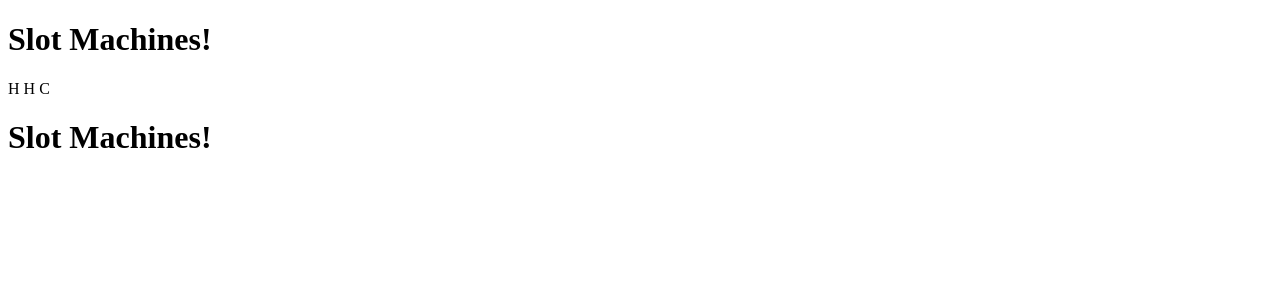
Repository: randy918/colt-react
Page: index.html
These files come from the project's save history. The page is drawn as it stood at one moment and after a run of saves; the edit follows.
The browser window is 1280 px wide. The pictures show the whole page.

Above is the page before, as saved 2023-01-30 20:30:44.

### index.html
<!DOCTYPE html>
<html lang="en">

    <head>
        <meta charset="UTF-8">
        <meta http-equiv="X-UA-Compatible" content="IE=edge">
        <meta name="viewport" content="width=device-width, initial-scale=1.0">
        <!-- <link rel="style = stylesheet" href="css/main.css"> -->
        <title>JSX Demo</title>
    </head>

    <body>

        <div id="root"></div> <!-- where component goes-->

        <script src="https://unpkg.com/react/umd/react.development.js"></script>

        <script src="https://unpkg.com/react-dom/umd/react-dom.development.js"></script>

        <script src="https://unpkg.com/babel-standalone"></script>

        <script src="myfunctions.js"></script>
        <script src="SlotMachine.js" type="text/jsx"></script>
        <script src="index.js" type="text/jsx"></script>













    </body>

</html>

### myfunctions.js
//todo   function a(toAlert)
//todo   function c(toConsole)
//todo   function cr(toConsole)
//todo   function r(min, max)  Random integers, can be just 'max'
//todo   function getTime()--works! it is 72519.1414 format
//todo   function getCompleteDate()
//todo   function getMinute()
//todo   function getHour()
//todo   function getHour00()
//todo   function get24Hour()
//todo   function get24Hour00()
//todo   function getDay()
//todo   function getDay00()
//todo   function getMonth()
//todo   function getMonth00()
//todo   function getYear()
//todo   function getYear00()
//todo   function t()    eternal timestamp long number
//todo   function placeText(myIdClass, text)   unsure if it works?
//todo   function placeText2(myIdClass, text)   unsure if it works?
//todo   function getText(myIdClass)....brings whole line incl. tags
//todo   function getInnerText(myIdClass)
//todo   function getOuterText(myIdClass)
//todo   function addClass(myIdClass, newClass)
//todo   function removeClass(myIdClass, removeClass)
//todo   function changeBackgroundColor(myIdClass, color)
//todo   function changeTypeColor(myIdClass, color)
//todo   function changeTypeSize(myIdClass, size)
//todo   function addCSSText(myIdClass, text)

function a(toAlert) {
  alert(toAlert);
}

function c(toConsole) {
    //  var styles = [
    //      // 'font-size: 30px', 'font-family: Times New Roman,Times, serif ,
    //      'font-family: Overpass', 'font-size: 12px'
    //  ].join(';');
    console.log(toConsole);
}
// function c(toConsole) {
//      var styles = [
//          // 'font-size: 30px', 'font-family: Times New Roman,Times, serif ,
//          'font-family: Overpass', 'font-size: 12px'
//      ].join(';');
//     console.log(`%c` + toConsole, styles);
// }

function cy(toConsole) {
  var styles = [
    // 'font-size: 30px', 'font-family: Times New Roman,Times, serif ,
    "color: gold",
    "font-family: Overpass",
    "font-size: 1.5vh",
  ].join(";");
  console.log(`%c` + toConsole, styles);
}

function cr(toConsole) {
  var styles = [
    // 'font-size: 30px', 'font-family: Times New Roman,Times, serif ,
    "color: red",
    "font-family: Overpass",
    "font-size: 1.5vh",
  ].join(";");
  console.log(`%c` + toConsole, styles);
}

function cb(toConsole) {
  var styles = [
    // 'font-size: 30px', 'font-family: Times New Roman,Times, serif ,
    "color: blue",
    "font-family: Overpass",
    "font-size: 1.5vh",
  ].join(";");
  console.log(`%c` + toConsole, styles);
}

function cw(toConsole) {
  var styles = [
    // 'font-size: 30px', 'font-family: Times New Roman,Times, serif ,
    "color: white",
    "font-family: Overpass",
    "font-size: 1.5vh",
  ].join(";");
  console.log(`%c` + toConsole, styles);
}

function cg(toConsole) {
  var styles = [
    // 'font-size: 30px', 'font-family: Times New Roman,Times, serif ,
    "color: white",
    "font-family: Overpass",
    "font-size: 1.5vh",
  ].join(";");
  console.log(`%c` + toConsole, styles);
}

function cbig(toConsole) {
  var styles = [
    // 'font-size: 40px', 'font-family: Times New Roman,Times, serif ,
    "color: yellow",
    "font-family: Overpass",
    "font-size: 2vh",
  ].join(";");
  console.log(`%c` + toConsole, styles);
}

function r(min, max) {
  // 2.0, accepts single value for 1-x
  if (max === undefined) {
    max = min;
    min = 1;
  }
  const randomNumber = min - 1 + Math.ceil(Math.random() * (max + 1 - min));
  return randomNumber;
}
// may not be a real function
function getTime() {
  var today = new Date();
  var codeMonth = today.getMonth() + 1;
  var codeDay = today.getDate();
  if (codeDay < 10) {
    codeDay = "0" + codeDay;
  }
  var codeMinute = today.getMinutes();
  var codeHour = today.getHours();
  if (codeMinute < 10) {
    codeMinute = "0" + codeMinute;
  }
  if (codeHour < 10) {
    codeHour = "0" + codeHour;
  }
  var codeYear = today.getFullYear() - 2000;
  var dateTime =
    codeMonth + "" + codeDay + "" + codeYear + "." + codeHour + "" + codeMinute;
  //  document.getElementById(`timeStamp`).innerHTML = moment().format('MMMM Do, YYYY [at] h:mm a');
  t = setTimeout(function () {
    getTime();
    getTime();
    TweenMax.to("#timeStamp", 3, {
      rotationX: 360,
    });
  }, 30000);
  return dateTime;
}

function getCompleteDate() {
  const today = new Date();
  return today;
}

function getMinute() {
  const today = new Date();
  const codeMinute = today.getMinutes();
  if (codeMinute < 10) {
    codeMinute = "0" + codeMinute;
  }
  return codeMinute;
}

function getMinute00() {
  const today = new Date();
  const codeMinute = today.getMinutes();
  if (codeMinute < 10) {
    codeMinute = "0" + codeMinute;
  }
  return codeMinute;
}

function getHour() {
  const today = new Date();
  const codeHour = today.getHours();
  if (codeHour > 12) {
    codeHour = codeHour - 12;
  }
  return codeHour;
}

function getHour00() {
  const today = new Date();
  const codeHour = today.getHours();
  if (codeHour > 12) {
    codeHour = codeHour - 12;
  }
  if (codeHour < 10) {
    codeHour = "0" + codeHour;
  }
  return codeHour;
}

function get24Hour() {
  const today = new Date();
  const codeHour = today.getHours();
  return codeHour;
}

function get24Hour00() {
  const today = new Date();
  const codeHour = today.getHours();
  if (codeHour < 10) {
    codeHour = "0" + codeHour;
  }
  return codeHour;
}

function getDay00() {
  const today = new Date();
  const codeDay = today.getDate();
  if (codeDay < 10) {
    codeDay = "0" + codeDay;
  }
  return codeDay;
}

function getDay() {
  const today = new Date();
  const codeDay = today.getDate();
  return codeDay;
}

function getMonth00() {
  const today = new Date();
  const codeMonth = today.getMonth() + 1;
  if (codeMonth < 10) {
    codeMonth = "0" + codeMonth;
  }
  return codeMonth;
}

function getMonth() {
  const today = new Date();
  const codeMonth = today.getMonth() + 1;
  return codeMonth;
}

function getYear00() {
  const today = new Date();
  const codeYear = today.getYear() - 100;
  if (codeYear < 10) {
    codeMYear = "0" + codeYear;
  }
  return codeYear;
}

function getYear() {
  const today = new Date();
  const codeYear = today.getYear() + 1900;
  return codeYear;
}

// function t() {
//     const now = new Date();
//     eventTimestamp = now.getTime();
//     // c(eventTimestamp);
//     return (eventTimestamp);
// }
//    !  72419.1659 DOM MANIPULATION
//!
//!  placeText   element name, and text to put there--runs loosely?

function placeText(myIdClass, text) {
  const myElement = document.querySelector(myIdClass);
  myElement.innerText = text;
}
//    the function is longer than the original
// $(myIdClass).text(text)   <---works
function placeText2(myIdClass, text) {
  $(myIdClass).text(text);
}
function getText(myIdClass) {
  return document.querySelector(myIdClass);
}

function getInnerText(myIdClass) {
  return document.querySelector(myIdClass).innerHTML;
}

function getOuterText(myIdClass) {
  return document.querySelector(myIdClass).outerHTML;
}

function addClass(myIdClass, newClass) {
  document.querySelector(myIdClass).classList.add(newClass);
}

function removeClass(myIdClass, removeClass) {
  document.querySelector(myIdClass).classList.remove(removeClass);
}
// not sure what this one is for now
function containsClass(myIdClass, containsClass) {
  document.querySelector(myIdClass).classList.contains(containsClass);
}
// above, can switch and toggle  also  mmtuts YOUTUBE 29-31 USING JAVASCRIPT
function changeBackgroundColor(myId, color) {
  document.getElementById(myId).style.background = color;

  // document.querySelector(myIdClass).style.backgroundColor = color;
}

function changeTypeColor(myIdClass, color) {
  document.querySelector(myIdClass).style.color = color;
}

function changeTypeSize(myIdClass, size) {
  document.querySelector(myIdClass).style.fontSize = size;
}

function addCSSText(myIdClass, text) {
  document.querySelector(myIdClass).style.cssText = text;
}

//!  72519.1714    Common Basic VARIABLE ARRAYS
var theDay = new Array(
  "Zero",
  "Sunday",
  "Monday",
  "Tuesday",
  "Wednesday",
  "Thursday",
  "Friday",
  "Saturday"
);
var theDayMin3 = new Array(
  "Zero",
  "Sun.",
  "Mon.",
  "Tues.",
  "Wed.",
  "Thurs.",
  "Fri.",
  "Sat."
);
var theDayMin2 = new Array("Zero", "S", "M", "Tu", "W", "Th", "F", "S");
var theDayMin1 = new Array("Zero", "S", "M", "T", "W", "T", "F", "S");
var theMonth = new Array(
  "Zero",
  "January",
  "February",
  "March",
  "April",
  "May",
  "June",
  "July",
  "August",
  "September",
  "October",
  "November",
  "December"
);
var theMonthMin = new Array(
  "Zero",
  "Jan.",
  "Feb.",
  "Mar.",
  "Apr.",
  "May",
  "June",
  "July",
  "Aug.",
  "Sept.",
  "Oct.",
  "Nov.",
  "Dec."
);

### SlotMachine.js
function getSlots() {
return slotItems[r(4) - 1];
    }

const slotItems = ["S", "H", "C", "D"];
const sTitle = "Slot Machines!";
const s1 = getSlots();
const s2 = getSlots();
const s3 = getSlots();



class SlotMachine extends React.Component {


	render() {

		return (
			<div>
				<h1>{sTitle}</h1>

				<p>{s1} {s2} {s3}</p>

                <h1>{(s1 === s2) && (s1 === s3) ? "You WIN!" : sTitle}</h1>


			</div>
		);
	}
}

### index.js
class App extends React.Component {
	render() {
		return (
			<div>
				<SlotMachine />
			</div>
		);
	}
}

ReactDOM.render(<App />, document.getElementById("root"));

After the next 4 saves:
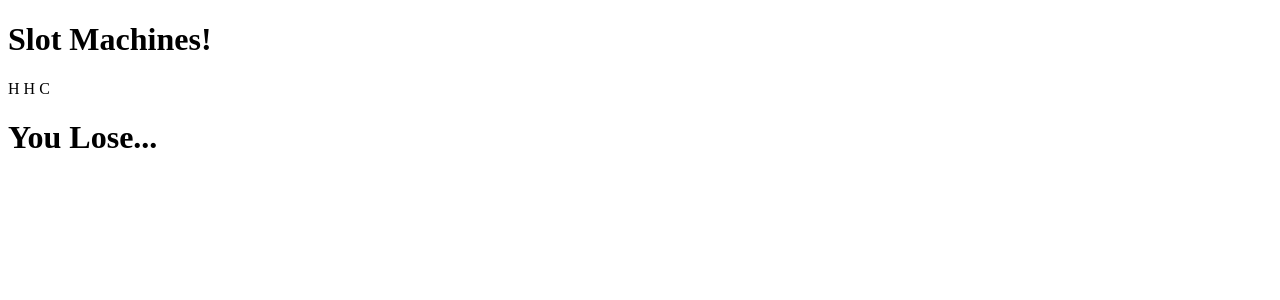
The 4 saves are shown as one change because they came seconds apart.
The last was saved 11 s later.
--- a/SlotMachine.js
+++ b/SlotMachine.js
@@ -21,7 +21,7 @@
 
 				<p>{s1} {s2} {s3}</p>
 
-                <h1>{(s1 === s2) && (s1 === s3) ? "You WIN!" : sTitle}</h1>
+                <h1>{(s1 === s2) && (s1 === s3) ? "You WIN!" : "You Lose..."}</h1>
 
 
 			</div>
